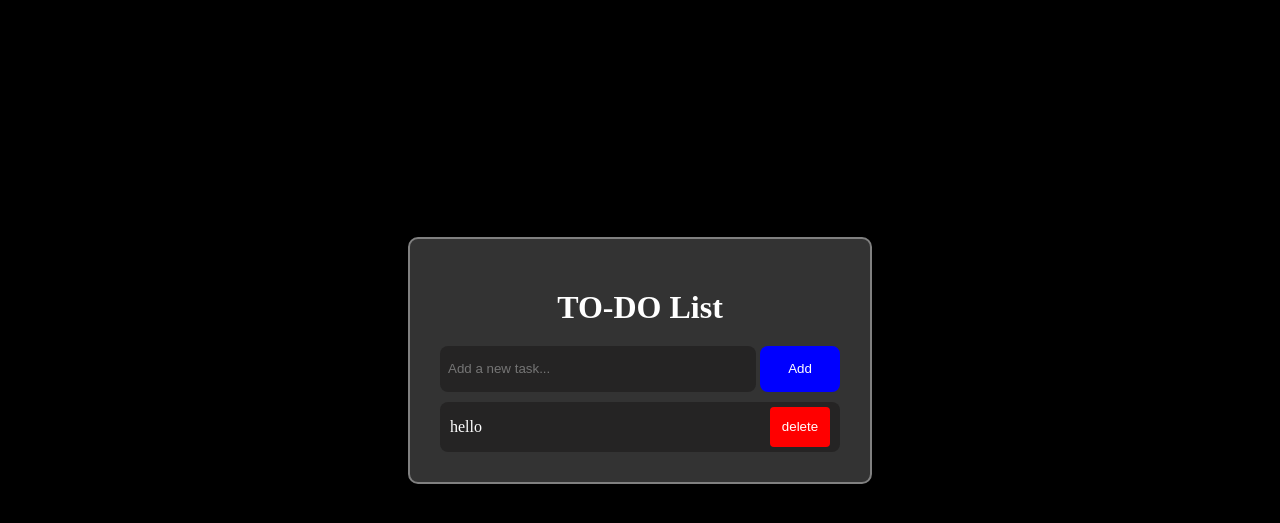
Repository: ksusmitha879-cyber/todo-list
Page: index.html
The author's editor kept a copy of each file at every save. The page is drawn from the files as they stood at one save, then again after a run of saves.
The browser window is 1280 px wide. The pictures show the whole page.

Above is the page before, as saved 2025-11-28 02:57:08.
Console error: ReferenceError: Cannot access 'tasks' before initialization

After the next 2 saves:
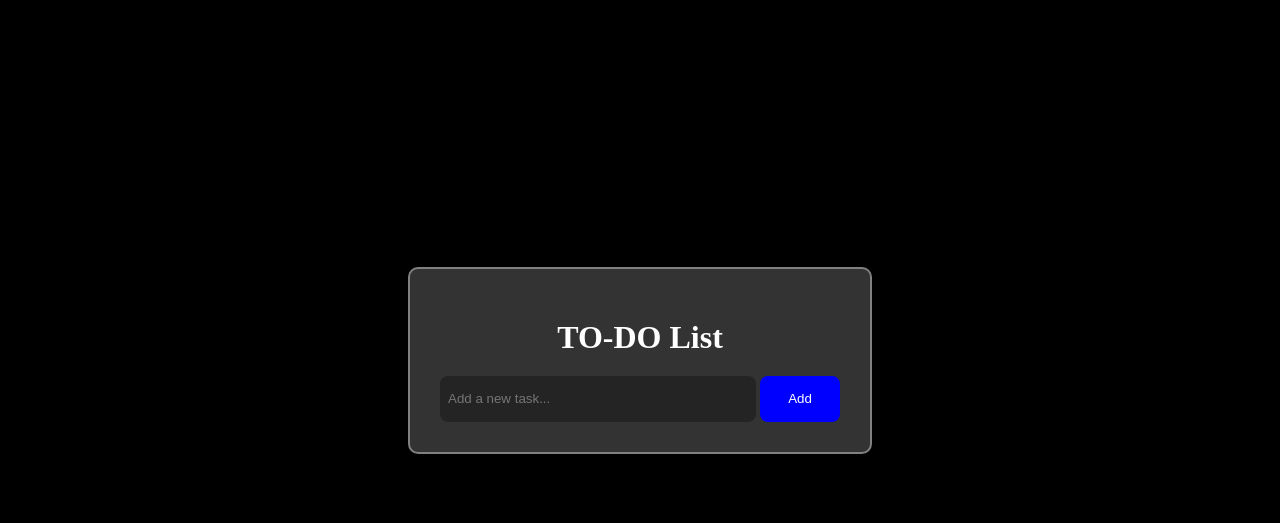
The 2 saves are shown as one change because they came seconds apart.
The last was saved 45 s later.
--- a/index.html
+++ b/index.html
@@ -14,10 +14,6 @@
             <button id="add-task-btn">Add</button>
         </div>
         <ul id="todo-list">
-            <li>
-                <span>hello</span>
-                <button>delete</button>
-            </li>
         </ul>
     </div>
     <script src="script.js"></script>
